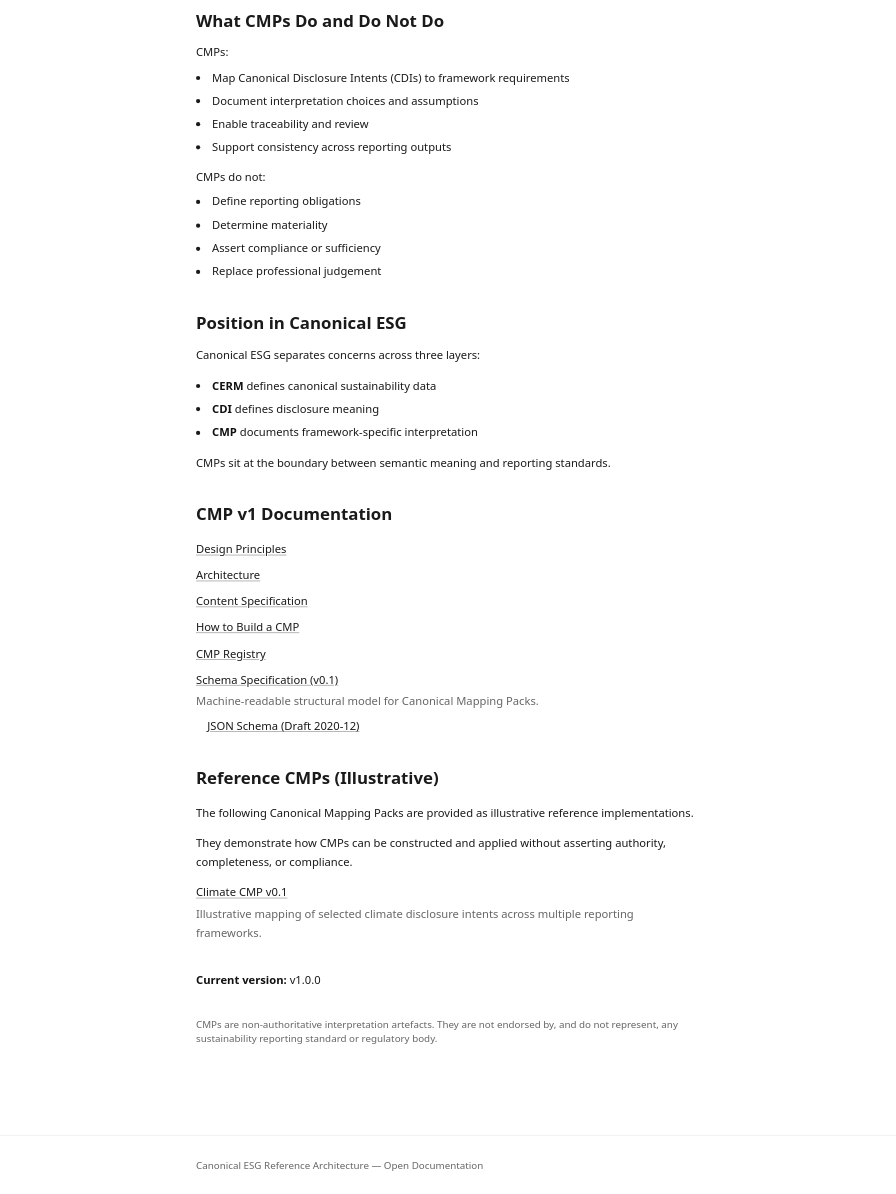
Repository: udaysxd/canonicalesg
Page: /cmp
These files come from the project's save history. The page is drawn as it stood at one moment and after the next save; the edit follows.
The browser window is 1280 px wide. The pictures show the part of the page from y = 689 to 2609 px (the page is 2395 px tall before and 2609 px after), at 70% of full size.
The project was rebuilt for these pictures with package versions that can differ from the ones it lists, and the page was loaded fresh each time. The framework's server and built-in components were replaced by stand-ins that run in the browser. Also part of the build but not shown: next.config.ts.

Above is the page before, as saved 2026-02-02 18:14:11.

### src/app/layout.tsx
import type { Metadata } from "next";
import "./globals.css";

export const metadata: Metadata = {
  title: "Canonical ESG Reference Architecture",
  description: "Open, non-authoritative reference architecture for sustainability reporting",
};

export default function RootLayout({
  children,
}: Readonly<{
  children: React.ReactNode;
}>) {
  return (
    <html lang="en">
      <body className="antialiased bg-white text-[#1a1a1a]" style={{ fontFamily: 'system-ui, -apple-system, BlinkMacSystemFont, "Segoe UI", Roboto, Helvetica, Arial, sans-serif' }}>
        <header className="border-b border-[#eee] bg-white">
          <div className="max-w-3xl mx-auto px-6 py-4">
            <nav className="flex items-center justify-between">
              <a href="/" className="text-base font-semibold text-[#111] hover:text-[#1a1a1a]">
                canonicalesg.org
              </a>
              <ul className="flex gap-6 text-sm">
                <li><a href="/cerm" className="text-[#666] hover:text-[#1a1a1a] hover:underline">CERM</a></li>
                <li><a href="/cdi" className="text-[#666] hover:text-[#1a1a1a] hover:underline">CDI</a></li>
                <li><a href="/cmp" className="text-[#666] hover:text-[#1a1a1a] hover:underline">CMP</a></li>
                <li><a href="/standards" className="text-[#666] hover:text-[#1a1a1a] hover:underline">Standards</a></li>
                <li><a href="/governance" className="text-[#666] hover:text-[#1a1a1a] hover:underline">Governance</a></li>
              </ul>
            </nav>
          </div>
        </header>
        {children}
        <footer className="border-t border-[#eee] mt-20">
          <div className="max-w-3xl mx-auto px-6 py-8 text-sm text-[#666]">
            <p>Canonical ESG Reference Architecture — Open Documentation</p>
          </div>
        </footer>
      </body>
    </html>
  );
}

### src/app/cmp/page.tsx
import { DOCS } from "@/lib/docs";
import Link from "next/link";

export default function CMPPage() {
  const pages = DOCS.cmp.pages;
  return (
    <main className="max-w-3xl mx-auto px-6 py-12">
      <div>
        <h1 className="text-[2.25rem] font-semibold text-[#111] mb-4 leading-tight">
          Canonical Mapping Packs (CMP)
        </h1>

        <p className="text-[1.0625rem] text-[#1a1a1a] mb-4 leading-relaxed">
          Canonical Mapping Packs (CMP) document how disclosure intent is interpreted by specific sustainability reporting frameworks.
        </p>

        <p className="text-[#1a1a1a] mb-10 leading-relaxed">
          CMPs make interpretation explicit, transparent, and reviewable without asserting authority, compliance, or endorsement.
        </p>

        <h2 className="text-[1.5rem] font-semibold text-[#1a1a1a] mb-3 mt-10">Why CMPs Exist</h2>
        <p className="text-[#1a1a1a] mb-4">
          Sustainability reporting frameworks often request similar disclosures using different structures, terminology, and scope.
        </p>
        <p className="text-[#1a1a1a] mb-4">
          Interpreting these requirements involves professional judgement.
        </p>
        <p className="text-[#1a1a1a] mb-2">CMPs exist to:</p>
        <ul className="list-disc list-inside text-[#1a1a1a] mb-10 space-y-1.5">
          <li>document interpretation decisions explicitly,</li>
          <li>make assumptions and limitations visible,</li>
          <li>reduce undocumented and inconsistent interpretation,</li>
          <li>support reuse of disclosure meaning across frameworks.</li>
        </ul>

        <h2 className="text-[1.5rem] font-semibold text-[#1a1a1a] mb-3 mt-10">What CMPs Do and Do Not Do</h2>
        <p className="text-[#1a1a1a] mb-2">CMPs:</p>
        <ul className="list-disc list-inside text-[#1a1a1a] mb-4 space-y-1.5">
          <li>Map Canonical Disclosure Intents (CDIs) to framework requirements</li>
          <li>Document interpretation choices and assumptions</li>
          <li>Enable traceability and review</li>
          <li>Support consistency across reporting outputs</li>
        </ul>
        <p className="text-[#1a1a1a] mb-2">CMPs do not:</p>
        <ul className="list-disc list-inside text-[#1a1a1a] mb-10 space-y-1.5">
          <li>Define reporting obligations</li>
          <li>Determine materiality</li>
          <li>Assert compliance or sufficiency</li>
          <li>Replace professional judgement</li>
        </ul>

        <h2 className="text-[1.5rem] font-semibold text-[#1a1a1a] mb-3 mt-10">Position in Canonical ESG</h2>
        <p className="text-[#1a1a1a] mb-4">
          Canonical ESG separates concerns across three layers:
        </p>
        <ul className="list-disc list-inside text-[#1a1a1a] mb-4 space-y-1.5">
          <li><strong className="font-semibold text-[#111]">CERM</strong> defines canonical sustainability data</li>
          <li><strong className="font-semibold text-[#111]">CDI</strong> defines disclosure meaning</li>
          <li><strong className="font-semibold text-[#111]">CMP</strong> documents framework-specific interpretation</li>
        </ul>
        <p className="text-[#1a1a1a] mb-10">CMPs sit at the boundary between semantic meaning and reporting standards.</p>

        <h2 className="text-[1.5rem] font-semibold text-[#1a1a1a] mb-4 mt-10">CMP v1 Documentation</h2>
        <ul className="space-y-2.5 mb-10">
          {pages.map(p => (
            <li key={p.slug}>
              <Link href={`/cmp/${p.slug}`} className="text-[#1a1a1a] underline underline-offset-[0.15em] decoration-[#999] hover:decoration-[#1a1a1a]">{p.title}</Link>
            </li>
          ))}
          <li>
            <Link href="/cmp/v1/04-schema-specification" className="text-[#1a1a1a] underline underline-offset-[0.15em] decoration-[#999] hover:decoration-[#1a1a1a]">Schema Specification (v0.1)</Link>
            <p className="text-[#666] mt-1">Machine-readable structural model for Canonical Mapping Packs.</p>
            <ul className="mt-2 ml-4">
              <li>
                <Link href="/cmp/v1/schema/cmp.schema.json" className="text-[#1a1a1a] underline underline-offset-[0.15em] decoration-[#999] hover:decoration-[#1a1a1a]">JSON Schema (Draft 2020-12)</Link>
              </li>
            </ul>
          </li>
        </ul>

        <h2 className="text-[1.5rem] font-semibold text-[#1a1a1a] mb-4 mt-10">Reference CMPs (Illustrative)</h2>
        <p className="text-[#1a1a1a] mb-4">
          The following Canonical Mapping Packs are provided as illustrative reference implementations.
        </p>
        <p className="text-[#1a1a1a] mb-4">
          They demonstrate how CMPs can be constructed and applied without asserting authority, completeness, or compliance.
        </p>
        <ul className="space-y-2.5 mb-10">
          <li>
            <Link href="/cmp/v1/examples/climate-end-to-end" className="text-[#1a1a1a] underline underline-offset-[0.15em] decoration-[#999] hover:decoration-[#1a1a1a]">Climate CMP v0.1</Link>
            <p className="text-[#666] mt-1">Illustrative mapping of selected climate disclosure intents across multiple reporting frameworks.</p>
          </li>
        </ul>

        <p className="text-[#1a1a1a] mb-4"><strong className="font-semibold text-[#111]">Current version:</strong> v1.0.0</p>

        <p className="text-sm text-[#666] mt-10">
          CMPs are non-authoritative interpretation artefacts. They are not endorsed by, and do not represent, any sustainability reporting standard or regulatory body.
        </p>
      </div>
    </main>
  );
}

### src/app/globals.css
@import "tailwindcss";

:root {
  --background: #ffffff;
  --foreground: #1a1a1a;
}

@theme inline {
  --color-background: var(--background);
  --color-foreground: var(--foreground);
  --font-sans: system-ui, -apple-system, BlinkMacSystemFont, "Segoe UI", Roboto, Helvetica, Arial, sans-serif;
  --font-mono: ui-monospace, SFMono-Regular, Menlo, Monaco, Consolas, monospace;
}

@media (prefers-color-scheme: dark) {
  :root {
    --background: #0a0a0a;
    --foreground: #ededed;
  }
}

body {
  background: var(--background);
  color: var(--foreground);
  font-family: system-ui, -apple-system, BlinkMacSystemFont, "Segoe UI", Roboto, Helvetica, Arial, sans-serif;
  font-size: 16px;
  line-height: 1.7;
}

/* Typography hierarchy for prose content */
.prose h1 {
  font-size: 2.25rem;
  font-weight: 600;
  line-height: 1.2;
  margin-bottom: 1rem;
  margin-top: 0;
  color: #111;
}

.prose h2 {
  font-size: 1.5rem;
  font-weight: 600;
  line-height: 1.3;
  margin-top: 2.5rem;
  margin-bottom: 0.75rem;
  color: #1a1a1a;
}

.prose h3 {
  font-size: 1.2rem;
  font-weight: 600;
  line-height: 1.4;
  margin-top: 2rem;
  margin-bottom: 0.5rem;
  color: #1a1a1a;
}

.prose p {
  margin-bottom: 1rem;
  line-height: 1.7;
}

.prose ul,
.prose ol {
  margin-bottom: 1rem;
  padding-left: 1.5rem;
}

.prose li {
  margin-bottom: 0.25rem;
  line-height: 1.7;
}

.prose li > ul,
.prose li > ol {
  margin-top: 0.25rem;
  margin-bottom: 0.25rem;
}

.prose a {
  color: #1a1a1a;
  text-decoration: underline;
  text-decoration-color: #999;
  text-underline-offset: 0.15em;
}

.prose a:hover {
  text-decoration-color: #1a1a1a;
}

.prose strong {
  font-weight: 600;
  color: #111;
}

.prose code {
  font-family: ui-monospace, SFMono-Regular, Menlo, Monaco, Consolas, monospace;
  font-size: 0.9em;
  background: #f5f5f5;
  padding: 0.15em 0.35em;
  border-radius: 3px;
}

.prose pre {
  background: #f5f5f5;
  padding: 1rem;
  border-radius: 4px;
  overflow-x: auto;
  margin-bottom: 1rem;
}

.prose pre code {
  background: none;
  padding: 0;
}

.prose hr {
  border: none;
  border-top: 1px solid #eee;
  margin: 2.5rem 0;
}

.prose blockquote {
  border-left: 3px solid #ddd;
  padding-left: 1rem;
  margin-left: 0;
  margin-bottom: 1rem;
  color: #555;
}

.prose table {
  width: 100%;
  border-collapse: collapse;
  margin-bottom: 1rem;
  font-size: 0.95rem;
}

.prose th,
.prose td {
  padding: 0.5rem 0.75rem;
  text-align: left;
  border-bottom: 1px solid #eee;
}

.prose th {
  font-weight: 600;
  border-bottom: 2px solid #ddd;
}

/* Breadcrumb styling */
.breadcrumb {
  font-size: 0.875rem;
  color: #666;
}

.breadcrumb a {
  color: #666;
  text-decoration: none;
}

.breadcrumb a:hover {
  color: #1a1a1a;
  text-decoration: underline;
}

/* Meta text styling */
.meta-text {
  font-size: 0.875rem;
  color: #666;
}

/* Content container max width */
.content-container {
  max-width: 720px;
  margin-left: auto;
  margin-right: auto;
}

### lib/docs.ts
export const DOCS = {
  cerm: {
    version: "v1",
    pages: [
      { slug: "design-principles", file: "01-design-principles.md", title: "Design Principles" },
      { slug: "architecture", file: "02-architecture.md", title: "Architecture" },
      { slug: "reference", file: "03-reference.md", title: "Reference Model" }
    ]
  },
  cdi: {
    version: "v1",
    pages: [
      { slug: "design-principles", file: "01-design-principles.md", title: "Design Principles" },
      { slug: "architecture", file: "02-architecture.md", title: "Architecture" },
      { slug: "taxonomy", file: "03-taxonomy.md", title: "Climate Taxonomy" }
    ]
  },
  cmp: {
    version: "v1",
    pages: [
      { slug: "design-principles", file: "01-design-principles.md", title: "Design Principles" },
      { slug: "architecture", file: "02-architecture.md", title: "Architecture" },
      { slug: "specification", file: "03-content-specification.md", title: "Content Specification" },
      { slug: "how-to-build", file: "how-to-build.md", title: "How to Build a CMP" },
      { slug: "registry", file: "registry.md", title: "CMP Registry" }
    ]
  }
};

After the next save:
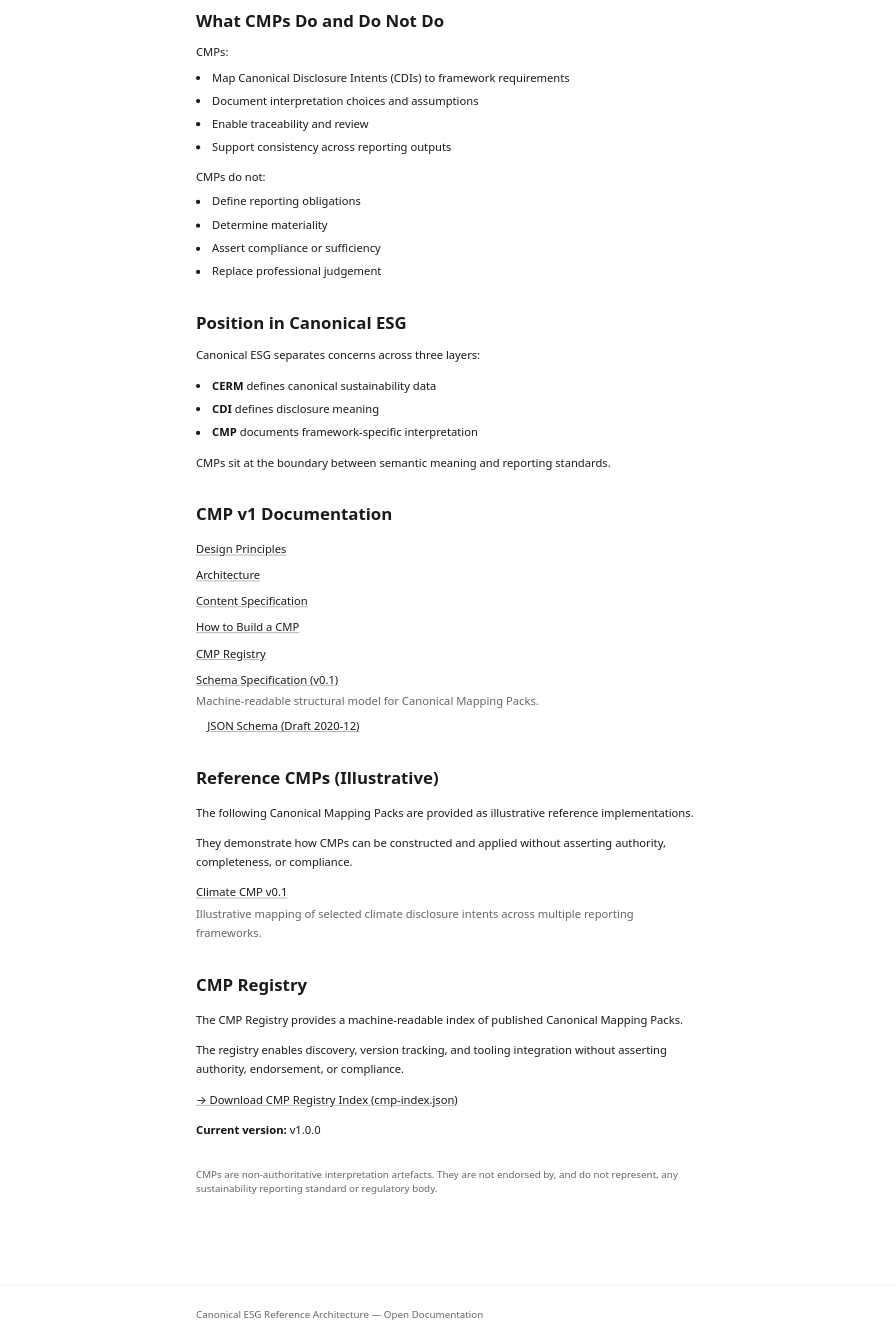
Saved 6 min 59 s later.
--- a/src/app/cmp/page.tsx
+++ b/src/app/cmp/page.tsx
@@ -92,6 +92,17 @@ export default function CMPPage() {
           </li>
         </ul>
 
+        <h2 className="text-[1.5rem] font-semibold text-[#1a1a1a] mb-4 mt-10">CMP Registry</h2>
+        <p className="text-[#1a1a1a] mb-4">
+          The CMP Registry provides a machine-readable index of published Canonical Mapping Packs.
+        </p>
+        <p className="text-[#1a1a1a] mb-4">
+          The registry enables discovery, version tracking, and tooling integration without asserting authority, endorsement, or compliance.
+        </p>
+        <p className="text-[#1a1a1a] mb-4">
+          <Link href="/content/cmp/registry/cmp-index.json" className="text-[#1a1a1a] underline underline-offset-[0.15em] decoration-[#999] hover:decoration-[#1a1a1a]">→ Download CMP Registry Index (cmp-index.json)</Link>
+        </p>
+
         <p className="text-[#1a1a1a] mb-4"><strong className="font-semibold text-[#111]">Current version:</strong> v1.0.0</p>
 
         <p className="text-sm text-[#666] mt-10">
